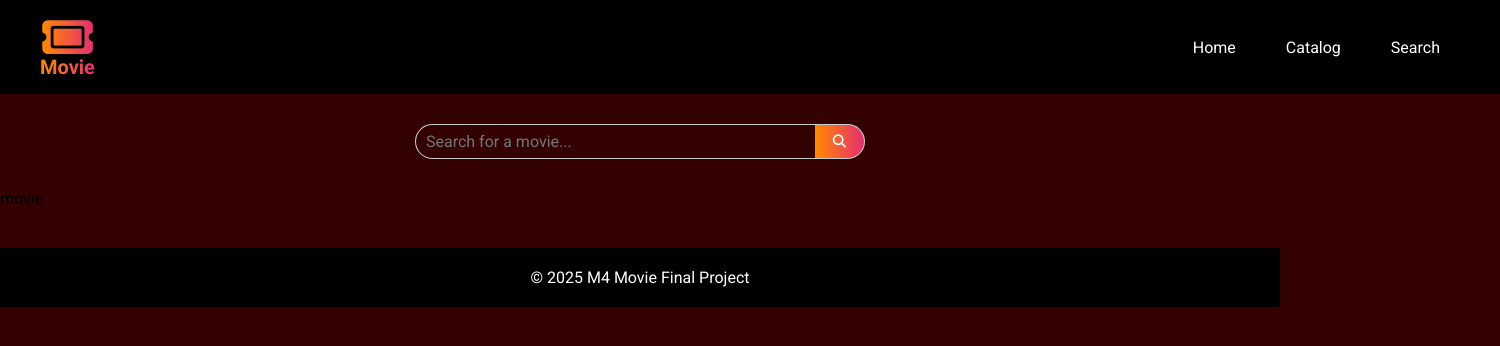
Repository: avivanguyen/m4_movie-FinalProject
Page: index.html
The author's editor kept a copy of each file at every save. The page is drawn from the files as they stood at one save, then again after a run of saves.
The browser window is 1280 px wide. The page is 1500 px wide, so the pictures cover 1500 px, including what lies to the right of the window. The pictures show the whole page.
Some web libraries are served in a nearby version.

Above is the page before, as saved 2025-12-24 13:09:52.

### index.html
<!DOCTYPE html>
<html lang="en">
<head>
    <meta charset="UTF-8">
    <meta name="viewport" content="width=device-width, initial-scale=1.0">
    <title>M4 Movie Final Project</title>
    <link rel="stylesheet" href="styles.css">
    <script src="script.js" defer></script>
    <script src="https://kit.fontawesome.com/2588cf0bac.js" crossorigin="anonymous"></script>
</head>
<body>
    <nav>
        <div class="logo">
            <i class="fa-solid fa-ticket logo__ticket"></i>
            <h1 class="logo__title">Movie</h1>
        </div>
        <ul class="nav-links">
            <li><a href="#">Home</a></li>
            <li><a href="#">Catalog</a></li>
            <li><a href="#">Search</a></li>
        </ul>
    </nav>
    <main>
        <section class="search-section">
            <input type="text" id="search-input" placeholder="Search for a movie...">
            <button id="search-button"><i class="fa-solid fa-magnifying-glass"></i></button>
        </section>
        <section class="results__section">
            <div id="results__container">
                movie
            </div>
        </section>
    </main>
    <footer>
        <p>&copy; 2025 M4 Movie Final Project</p>
    </footer>
</body>
</html>

### styles.css
@import url('https://fonts.googleapis.com/css2?family=Roboto:ital,wght@0,100..900;1,100..900&display=swap');

* {
    margin: 0;
    padding: 0;
    box-sizing: border-box;
    font-family: 'Roboto', sans-serif;
}

body {
    background-color: #340101;
}

a {
    text-decoration: none;
}

li {
    list-style: none;
}

/*
NAVIGATION STYLES
*/
nav {
    display: flex;
    justify-content: space-between;
    align-items: center;
    flex-direction: row;
    background-color: black;
    width: 1500px;
    padding: 15px 40px;
}

.logo {
    display: flex;
    align-items: center;
    flex-direction: column;
}

.logo__ticket,
.logo__title {
    background: linear-gradient(90deg, #ff8a00, #e52e71);
    background-clip: text;
    -webkit-background-clip: text;
    -webkit-text-fill-color: transparent;
}

.logo__ticket {
    font-size: 45px;
    margin-bottom: -5px;
}

.logo__title {
    font-size: 20px;
}

.nav-links {
    display: flex;
    flex-direction: row;
    gap: 50px;
    margin-right: 20px;
}

.nav-links a {
    color: white;
    font-size: 16px;
    transition: color 300ms ease;
}

.nav-links a:hover {
    color: #ff8a00;
}

/*
SEARCH STYLES
*/
.search-section {
    display: flex;
    justify-content: center;
    align-items: center;
    margin: 30px 0;
}

#search-input {
    width: 400px;
    height: 35px;
    padding: 0 10px;
    font-size: 16px;
    border: 1.5px solid #ccc;
    border-right: none;
    border-radius: 50px 0 0 50px;
    outline: none;
    background-color: transparent;
    color: white;
}

#search-button {
    height: 35px;
    width: 50px;
    outline: none;
    border-radius: 0 50px 50px 0;
    border: 1.5px solid #ccc;
    border-left: none;
    cursor: pointer;
    background: linear-gradient(90deg, #ff8a00, #e52e71);
    transition: all 300ms ease;
    position: relative;
}
#search-button:hover {
    background: transparent;
    border: 2px solid transparent;
    background-image: linear-gradient(#340101, #340101), linear-gradient(90deg, #ff8a00, #e52e71);
    background-origin: border-box;
    background-clip: padding-box, border-box;
}

.search-section #search-button i {
    color: white;
}

/*
FOOTER STYLES
*/
footer {
    text-align: center;
    padding: 20px 0;
    background-color: black;
    color: white;
    margin-top: 40px;
}

### script.js
//API key: 5aa2e87d
//base URL: https://www.omdbapi.com/?apikey=5aa2e87d&s=MOVIE_NAME_HERE

After the next 2 saves:
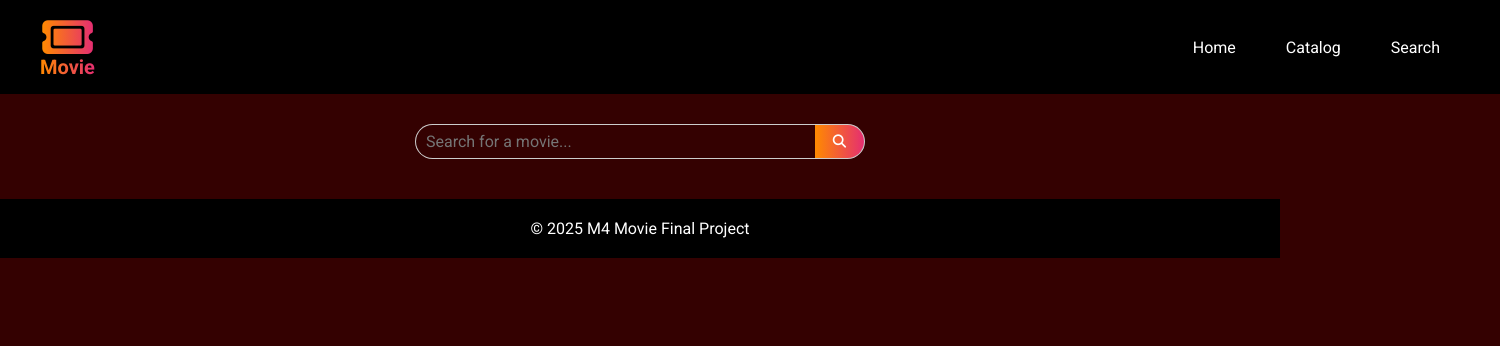
The 2 saves are shown as one change because they came seconds apart.
The last was saved 5 s later.
--- a/index.html
+++ b/index.html
@@ -27,7 +27,9 @@
         </section>
         <section class="results__section">
             <div id="results__container">
-                movie
+                <div class="movie">
+
+                </div>
             </div>
         </section>
     </main>

After the 3 saves that followed:
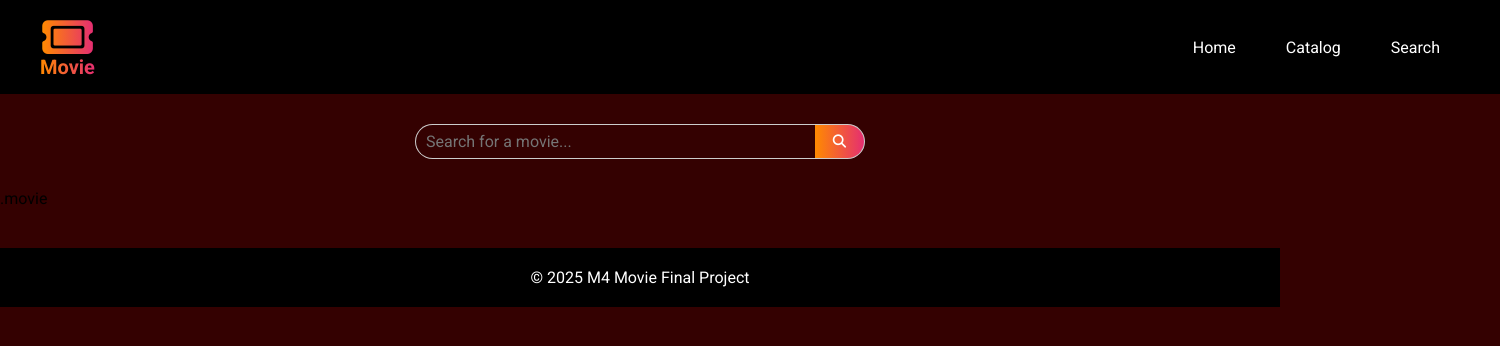
The 3 saves are shown as one change because 1 left the picture as it was and some came seconds apart.
The last was saved 15 s later.
--- a/index.html
+++ b/index.html
@@ -28,7 +28,7 @@
         <section class="results__section">
             <div id="results__container">
                 <div class="movie">
-
+                    .movie
                 </div>
             </div>
         </section>
